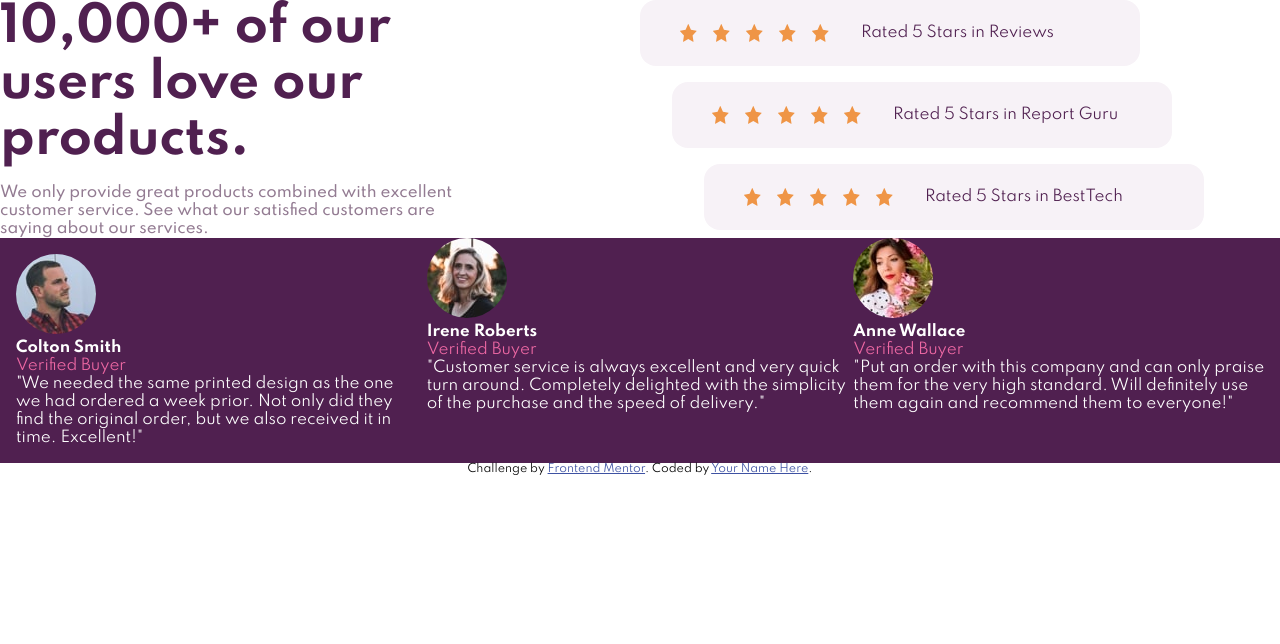
Repository: Pedrohamoura-Git/Frontend-Mentor-Challenges
Page: Newbie/social-proof-section-master/index.html
The author's editor kept a copy of each file at every save. The page is drawn from the files as they stood at one save, then again after the next save.
The browser window is 1280 px wide. The pictures show the whole page.

Above is the page before, as saved 2021-05-30 12:27:45.

After the next save:
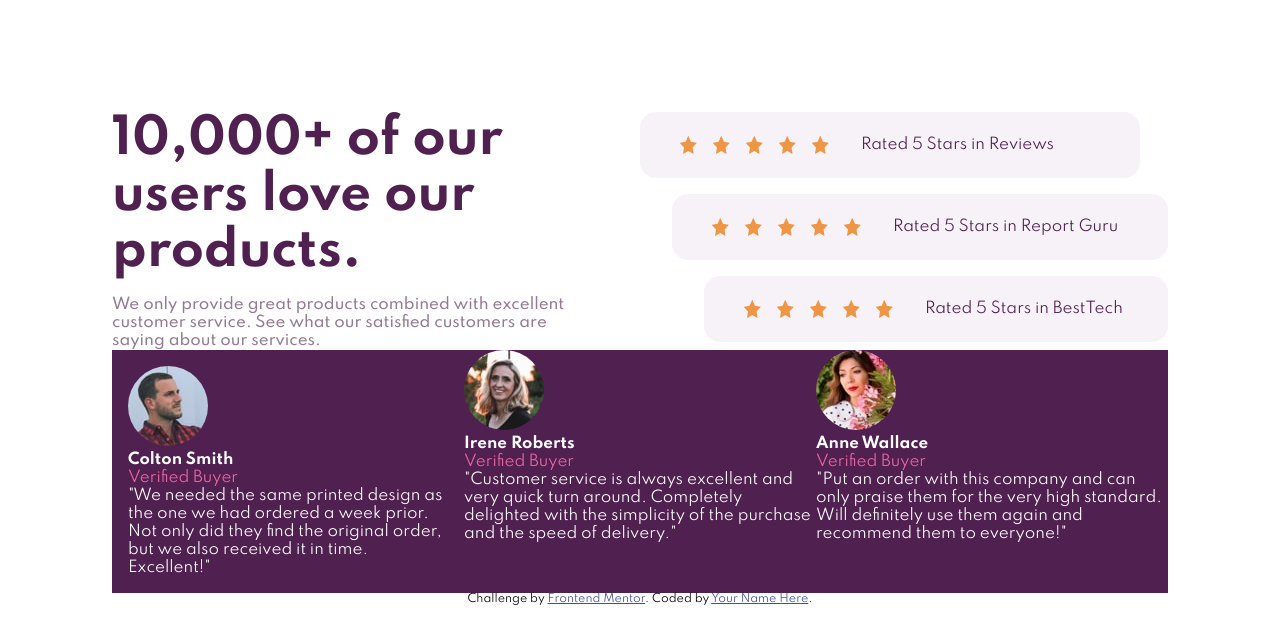
Saved 2 s later.
--- a/Newbie/social-proof-section-master/css/style.css
+++ b/Newbie/social-proof-section-master/css/style.css
@@ -12,6 +12,8 @@
     body {
         font-family: Spartan;
         font-size: 15px;
+        padding: 7rem;
+
         /* font-weight:  700; */
     }
 

After the save that followed:
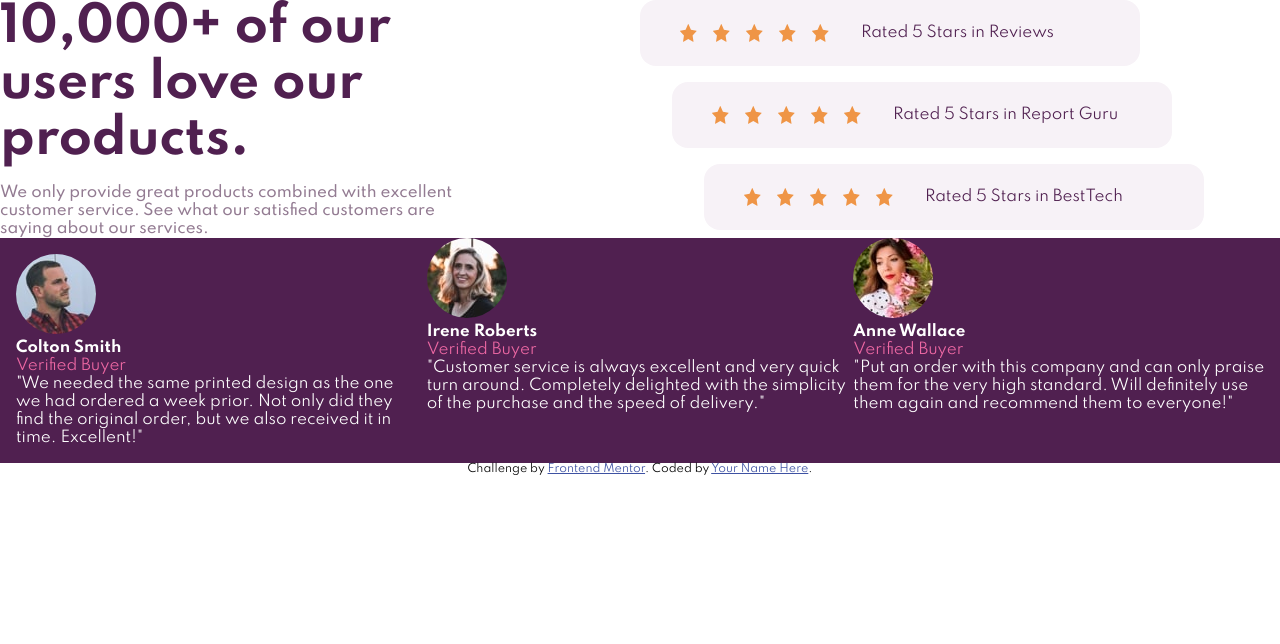
Saved 16 s later.
--- a/Newbie/social-proof-section-master/css/style.css
+++ b/Newbie/social-proof-section-master/css/style.css
@@ -12,7 +12,6 @@
     body {
         font-family: Spartan;
         font-size: 15px;
-        padding: 7rem;
 
         /* font-weight:  700; */
     }
